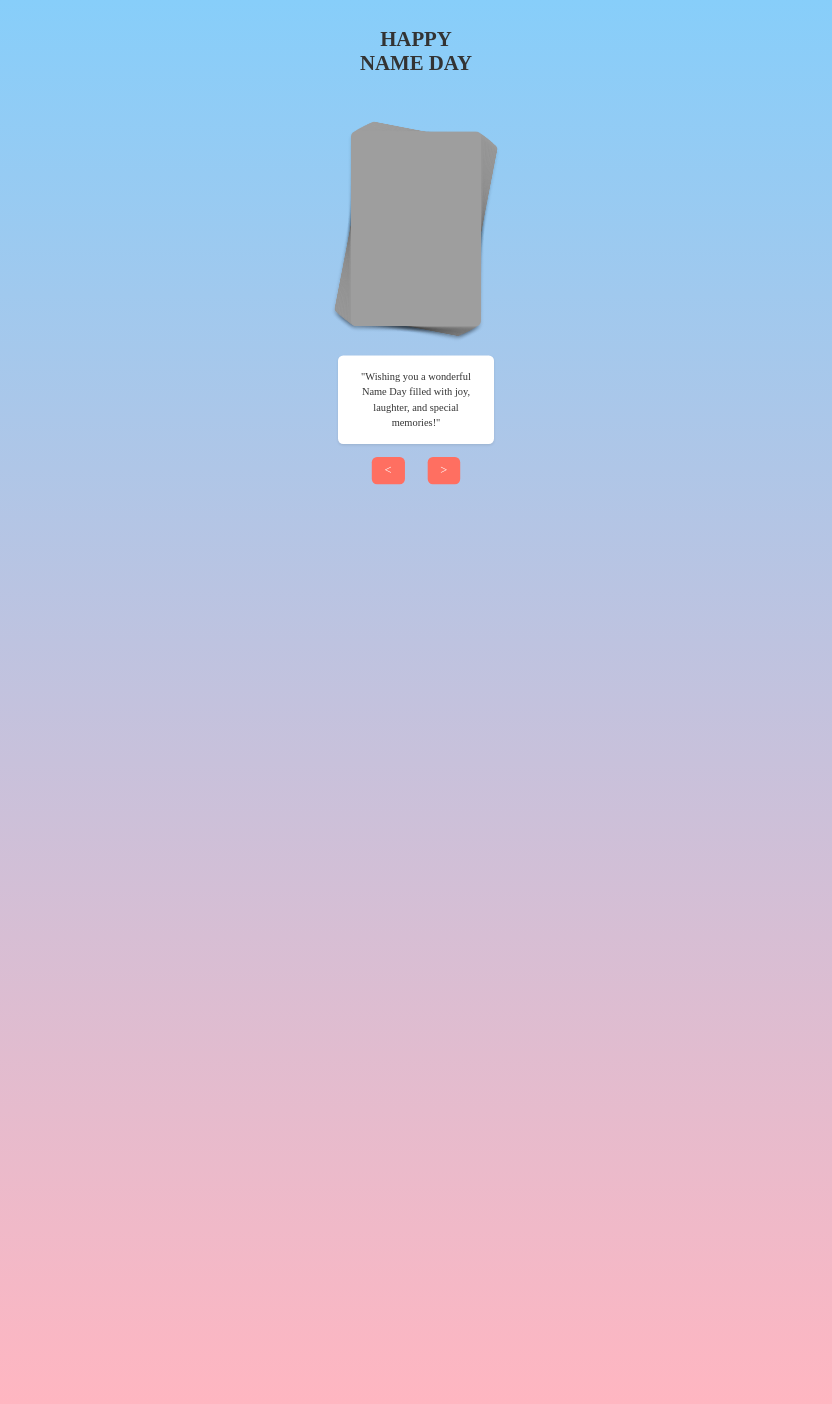
Repository: naps00/BIRTHDAY
Page: /details
The author's editor kept a copy of each file at every save. The page is drawn from the files as they stood at one save, then again after the next save.
The browser window is 1280 px wide. The pictures show the whole page, at 65% of full size.
Pictures or frames that could not be fetched are drawn as grey boxes. The project was rebuilt for these pictures with package versions that can differ from the ones it lists, and the page was loaded fresh each time.

Above is the page before, as saved 2024-12-12 19:48:10.

After the next save:
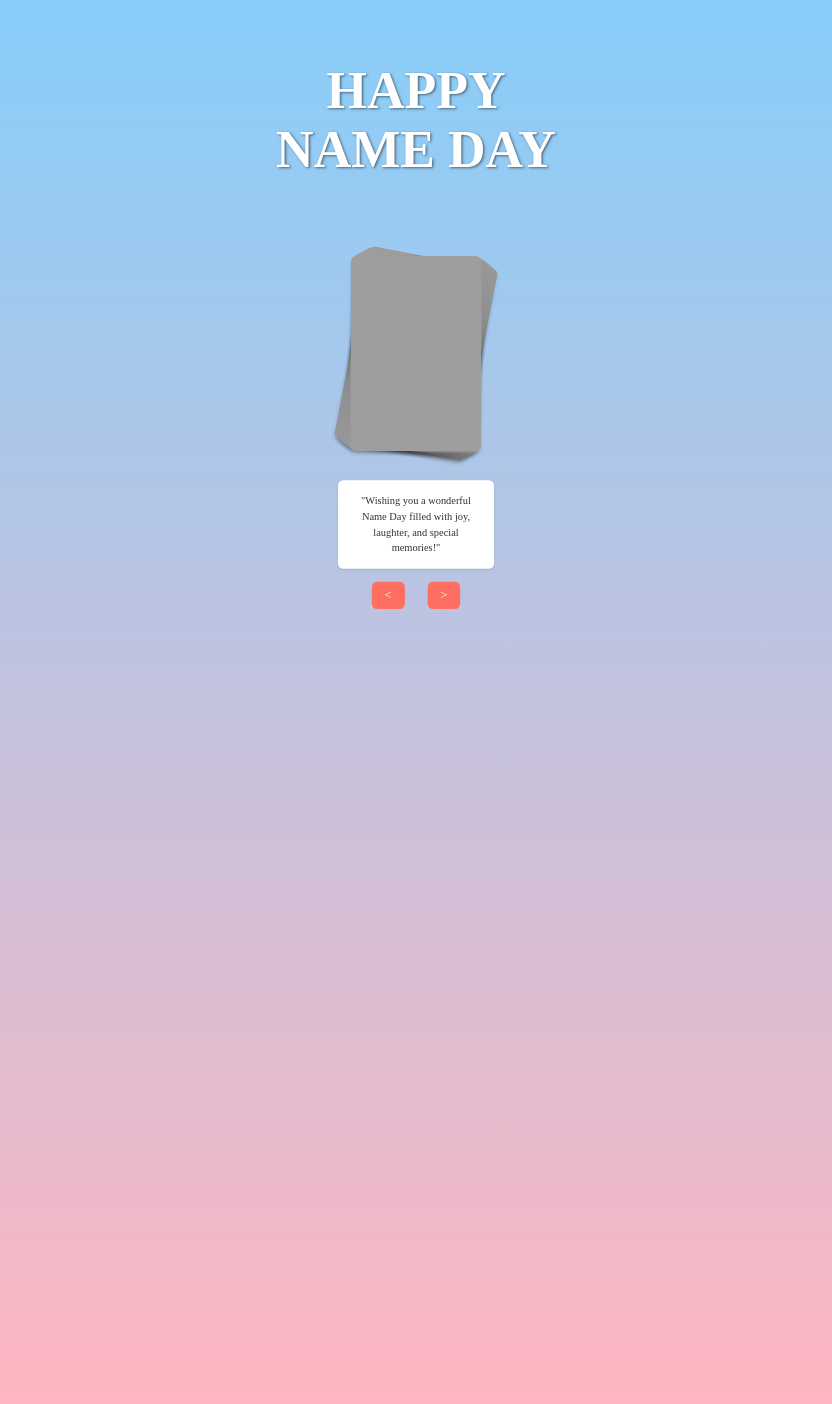
Saved 43 s later.
--- a/src/details.css
+++ b/src/details.css
@@ -20,7 +20,13 @@
   align-items: center;
   gap: 20px; /* ระยะห่างระหว่างแต่ละรูป */
 }
-
+.header-text {
+  text-align: center;
+  margin-top: 20px;
+  color: white;
+  text-shadow: 2px 2px 4px rgba(0, 0, 0, 0.5);
+  font-size: 2.5rem;
+}
 .card {
   width: 200px; /* เพิ่มขนาดความกว้าง */
   height: 300px; /* เพิ่มขนาดความสูง */
